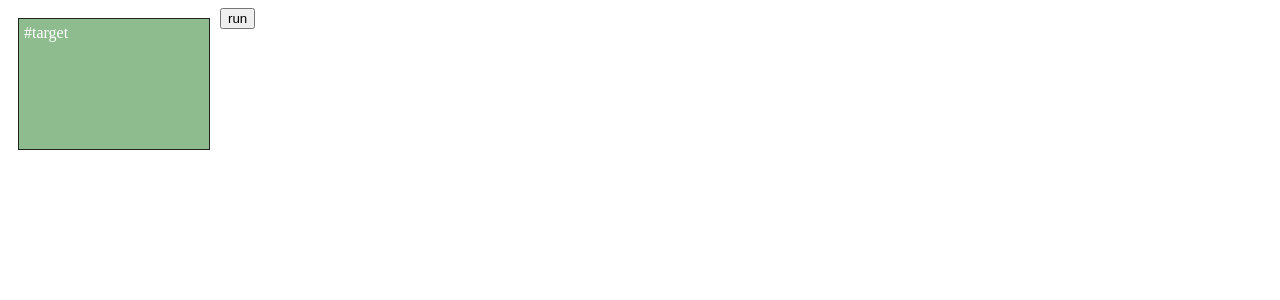
Repository: silenttemplar/java_start_project
Page: hansung_ee_2014/hansung_jquery_exercise/WebContent/14. Animate.html
These files come from the project's save history. The page is drawn as it stood at one moment and after the next save; the edit follows.
The browser window is 1280 px wide. The pictures show the whole page.
After loading, the first visible `input` was clicked once.

Above is the page before, as saved 2014-08-27 08:34:29.

### hansung_ee_2014/hansung_jquery_exercise/WebContent/14. Animate.html
<html>
<head>
<title>Animate</title>
<script src="./jquery-2.1.0.min.js"></script>
<script type="text/javascript">
	/**
	 * 대상 : div
	 * 기능 : div 크기 변경 (애니메이션 효과)
	 * 함수 : animate(), width(), height()
	 */
	function run() {
		 $("#target").animate({
									 "width":$("#target").width()*1.2,
		 							"height":$("#target").height()*1.2
									},500);

	}
</script>

</head>

<body>
	<div id="target"
		style="color: rgb(255, 255, 255); width: 150px; height: 100px; float: left; border: 1px solid rgb(34, 34, 34); background-color: rgb(143, 188, 143); margin: 10px; padding: 5px; background-position: initial initial; background-repeat: initial initial;">
		#target<br>
	</div>
	<input type="button" value="run" onclick="run()" />
</body>
</html>

Loaded but not shown: hansung_ee_2014/hansung_jquery_exercise/WebContent/jquery-2.1.0.min.js (library)

After the next save:
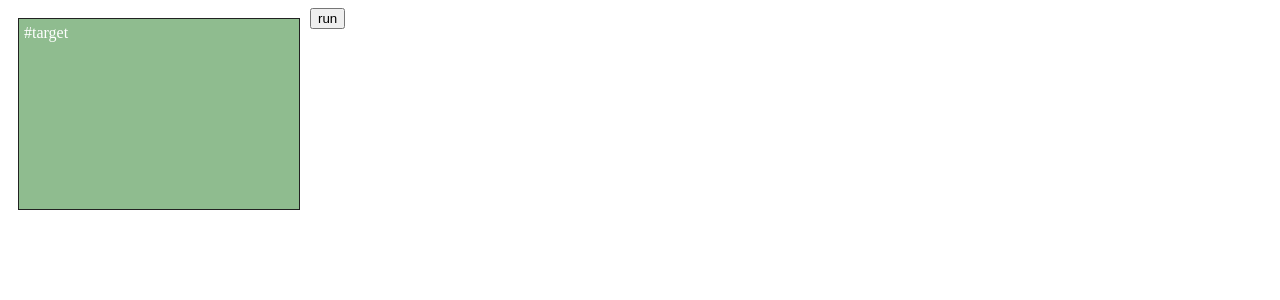
Saved 16 s later.
--- a/hansung_ee_2014/hansung_jquery_exercise/WebContent/14. Animate.html
+++ b/hansung_ee_2014/hansung_jquery_exercise/WebContent/14. Animate.html
@@ -10,8 +10,8 @@
 	 */
 	function run() {
 		 $("#target").animate({
-									 "width":$("#target").width()*1.2,
-		 							"height":$("#target").height()*1.2
+									 "width":$("#target").width()*1.8,
+		 							"height":$("#target").height()*1.8
 									},500);
 
 	}
